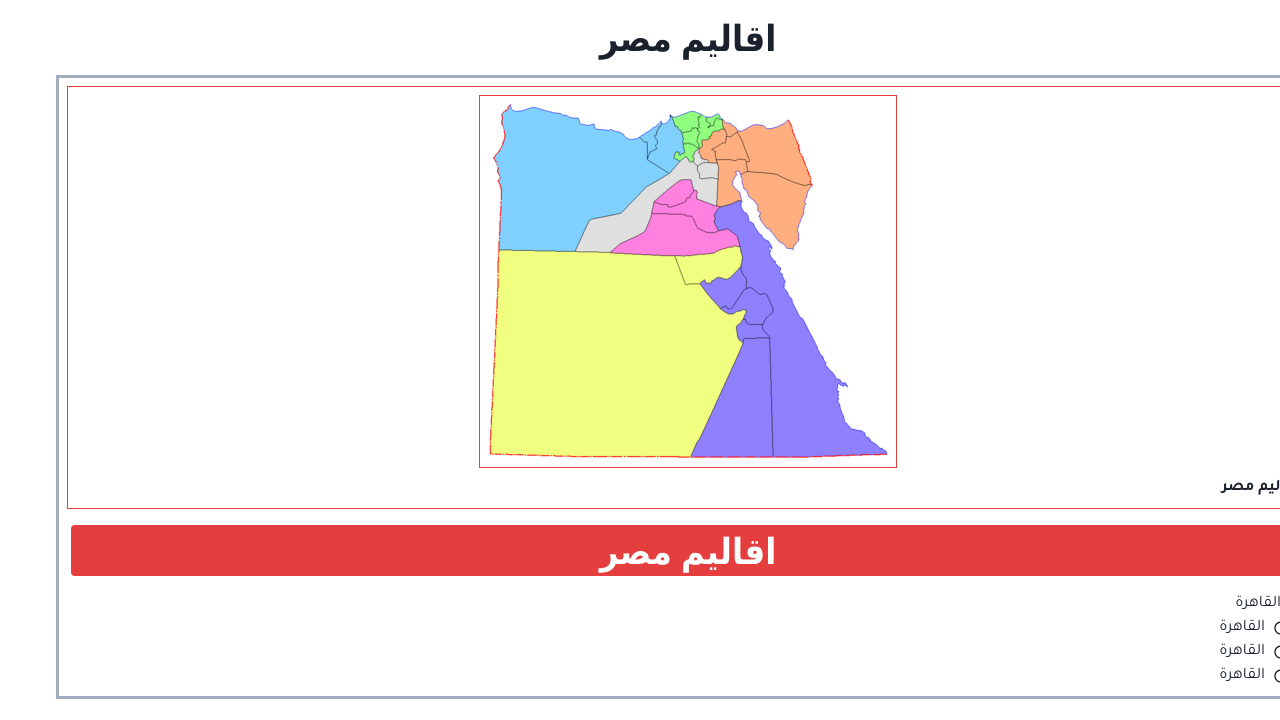
Repository: ahmed-mohamed-eng/egypt-gov-map
Page: /
These files come from the project's save history. The page is drawn as it stood at one moment and after the next save; the edit follows.
The browser window is 1280 px wide. The pictures show the whole page.
Some web fonts or font styles are not loaded; a fallback is used. The project was rebuilt for these pictures with package versions that can differ from the ones it lists, and the page was loaded fresh each time. The framework's server and built-in components were replaced by stand-ins that run in the browser. Also part of the build but not shown: next.config.js.

Above is the page before, as saved 2022-05-28 18:04:05.

After the next save:
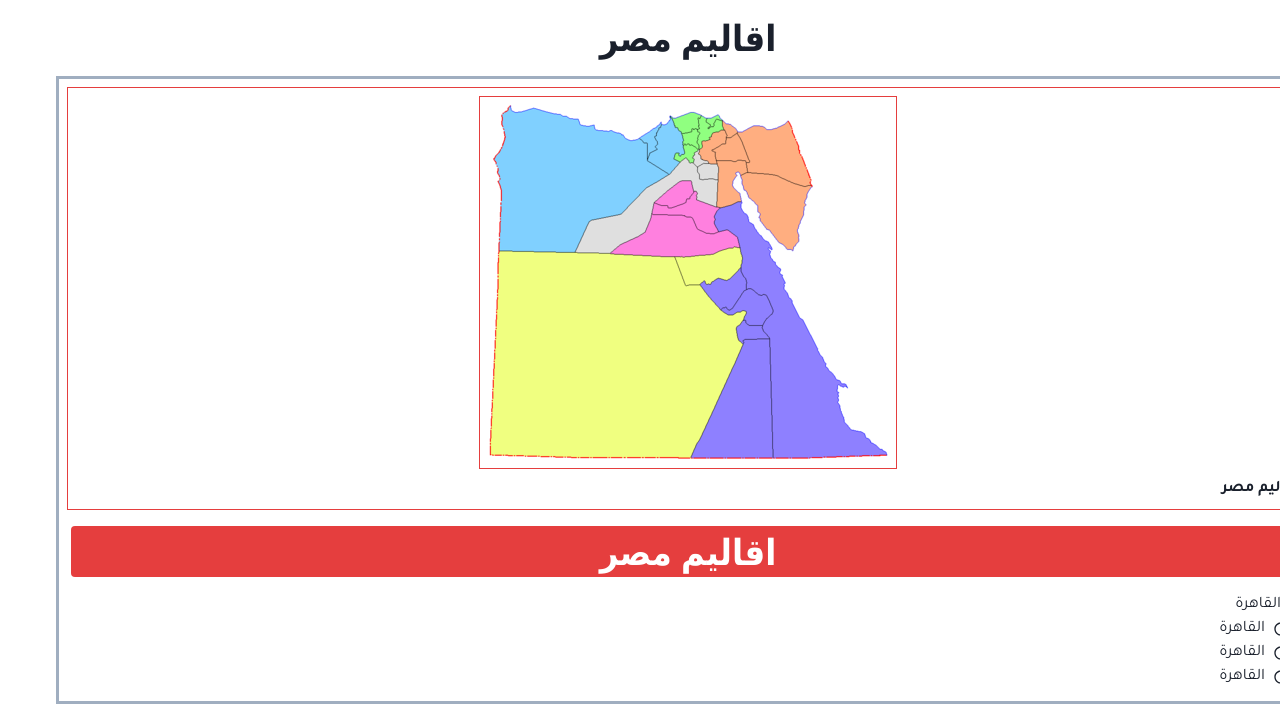
Saved 23 s later.
--- a/components/PageContainer/PageContainer.tsx
+++ b/components/PageContainer/PageContainer.tsx
@@ -2,7 +2,7 @@ import { VStack } from "@chakra-ui/react"
 
 export const PageContainer = (props: any) => {
   return (
-    <VStack py="1rem" px="0.5rem" spacing="1rem">
+    <VStack minH="100vh" py="1rem" px="0.5rem" spacing="1rem">
         {props.children}
     </VStack>
   )
